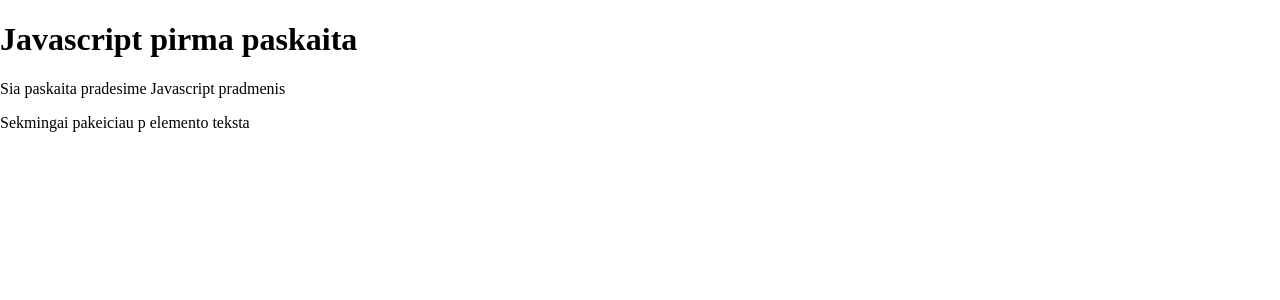
Repository: motiejus1/16-paskaita-05.31
Page: index.html
An editor plug-in stored every save of this project. The page is shown before and after the next save, followed by the edit.
The browser window is 1280 px wide. The pictures show the whole page.

Above is the page before, as saved 2021-06-28 18:40:28.

### index.html
<!DOCTYPE html>
<html lang="en">
<head>
    <meta charset="UTF-8">
    <meta http-equiv="X-UA-Compatible" content="IE=edge">
    <meta name="viewport" content="width=device-width, initial-scale=1.0">
    <title>16 paskaita</title>
    <style>
        body {
            max-width: 1920px;
            margin: auto;
        }

        .keiciamas-turinys {

        }
    </style>

</head>
<body>
    <h1>Javascript pirma paskaita</h1>
    <p>Sia paskaita pradesime Javascript pradmenis</p>

    <p class="keiciamas-turinys">Cia keiciamas turinys</p>

    <script>
        //
        //pasirinkome elementa
        document.querySelector(".keiciamas-turinys").innerHTML = "Sekmingai pakeiciau p elemento teksta";

        //pasirinkta elementa isvedame i console
        console.log(document.querySelector(".keiciamas-turinys").innerHTML); //??? "Sekmingai pakeiciau p elemento teksta"



        //1.Priskyrimas - mes pasirenkame kazkoki elementa is turinio
        //2. Atliekami pakeitimai;
        //3. Yra atvaizduojami - console.log; tiesiai i dizaina

    </script>
</body>
</html>

After the next save:
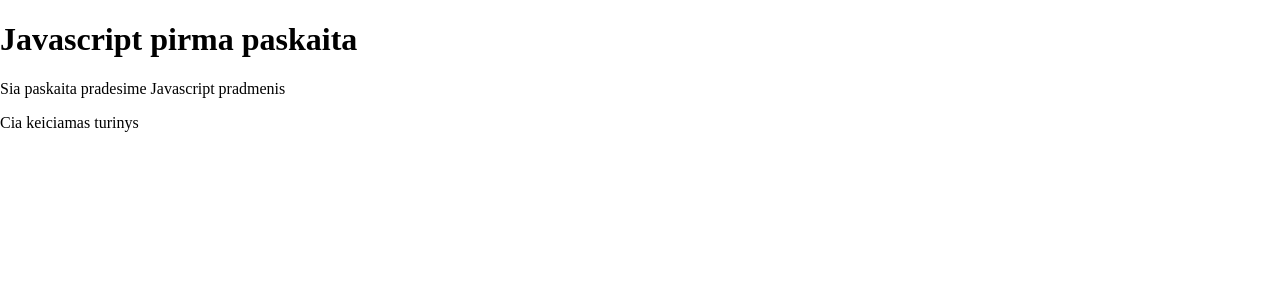
Saved 22 s later.
--- a/index.html
+++ b/index.html
@@ -23,20 +23,5 @@
 
     <p class="keiciamas-turinys">Cia keiciamas turinys</p>
 
-    <script>
-        //
-        //pasirinkome elementa
-        document.querySelector(".keiciamas-turinys").innerHTML = "Sekmingai pakeiciau p elemento teksta";
-
-        //pasirinkta elementa isvedame i console
-        console.log(document.querySelector(".keiciamas-turinys").innerHTML); //??? "Sekmingai pakeiciau p elemento teksta"
-
-
-
-        //1.Priskyrimas - mes pasirenkame kazkoki elementa is turinio
-        //2. Atliekami pakeitimai;
-        //3. Yra atvaizduojami - console.log; tiesiai i dizaina
-
-    </script>
 </body>
 </html>

After the 3 saves that followed:
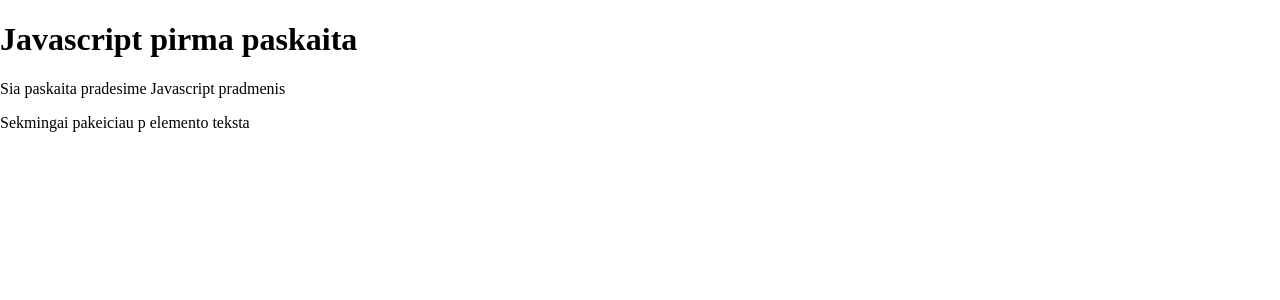
The 3 saves are shown as one change because 1 left the picture as it was and some came seconds apart.
The last was saved 2 min 32 s later.
--- a/index.html
+++ b/index.html
@@ -22,6 +22,20 @@
     <p>Sia paskaita pradesime Javascript pradmenis</p>
 
     <p class="keiciamas-turinys">Cia keiciamas turinys</p>
+    <script>
+        //
+        //pasirinkome elementa
+        document.querySelector(".keiciamas-turinys").innerHTML = "Sekmingai pakeiciau p elemento teksta";
 
+        //pasirinkta elementa isvedame i console
+        console.log(document.querySelector(".keiciamas-turinys").innerHTML); //??? "Sekmingai pakeiciau p elemento teksta"
+
+
+
+        //1.Priskyrimas - mes pasirenkame kazkoki elementa is turinio
+        //2. Atliekami pakeitimai;
+        //3. Yra atvaizduojami - console.log; tiesiai i dizaina
+
+    </script>
 </body>
 </html>
